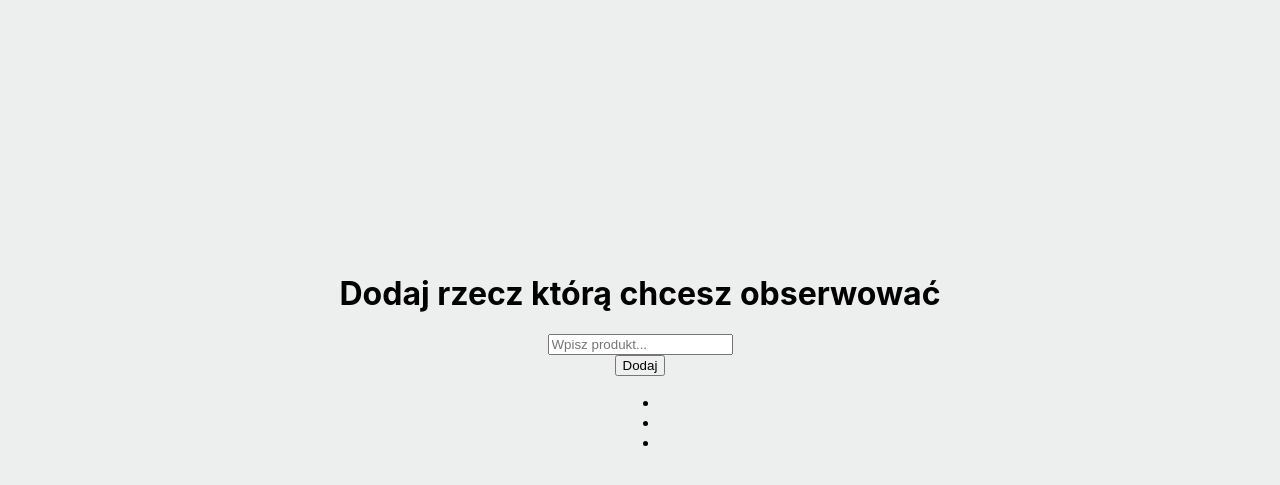
Repository: matedoo/crawler
Page: /MainApp
These files come from the project's save history. The page is drawn as it stood at one moment and after a run of saves; the edit follows.
The browser window is 1280 px wide. The pictures show the whole page.
The project was rebuilt for these pictures with package versions that can differ from the ones it lists, and the page was loaded fresh each time. Requests to the local data server were answered from the project's data file. Also part of the build but not shown: src/Components/button.js, src/Components/LoginComponents/LoginApp.js, src/Components/LoginComponents/RegisterApp.js, src/Components/btnContainer.js, src/Components/heading.js, src/Components/LoginComponents/StartApp.js, src/Components/MainApp/MainAppElement.js.

Above is the page before, as saved 2020-04-26 20:12:55.

### public/index.html
<!DOCTYPE html>
<html lang="en">
  <head>
    <meta charset="utf-8" />
    <link rel="icon" href="%PUBLIC_URL%/favicon.ico" />
    <meta name="viewport" content="width=device-width, initial-scale=1" />
    <meta name="theme-color" content="#000000" />
    <meta
      name="description"
      content="Web site created using create-react-app"
    />
    <link rel="apple-touch-icon" href="%PUBLIC_URL%/logo192.png" />
    <!--
      manifest.json provides metadata used when your web app is installed on a
      user's mobile device or desktop. See https://developers.google.com/web/fundamentals/web-app-manifest/
    -->
    <link rel="manifest" href="%PUBLIC_URL%/manifest.json" />
    <!--
      Notice the use of %PUBLIC_URL% in the tags above.
      It will be replaced with the URL of the `public` folder during the build.
      Only files inside the `public` folder can be referenced from the HTML.

      Unlike "/favicon.ico" or "favicon.ico", "%PUBLIC_URL%/favicon.ico" will
      work correctly both with client-side routing and a non-root public URL.
      Learn how to configure a non-root public URL by running `npm run build`.
    -->
    <title>Racoon</title>
  </head>
  <body>
    <noscript>You need to enable JavaScript to run this app.</noscript>
    <div id="root"></div>

  </body>
</html>

### src/App.js
import React from 'react';
import LoginApp from './Components/LoginComponents/LoginApp'
import RegisterApp from './Components/LoginComponents/RegisterApp'
import StartApp from './Components/LoginComponents/StartApp'
import MainApp from './Components/MainApp/MainApp'
import {BrowserRouter as Router, Switch, Route} from 'react-router-dom'




class App extends React.Component {

  render(){
    return (
      <Router>
        <Switch>
          <Route path='/' exact component={StartApp}></Route>
          <Route path='/LoginApp' component={LoginApp}></Route>
          <Route path='/RegisterApp' component={RegisterApp}></Route>
          <Route path='/MainApp' component={MainApp}></Route>
        </Switch>
      </Router>
    );
  }
}



export default App;

### src/Components/MainApp/MainApp.js
import React, { useState, useEffect } from 'react';
import styled from 'styled-components';
import MainAppElement from './MainAppElement'


//http://localhost:4000/items

function MainApp(props) {
  const [elementsListState, setElementsListState] = useState({ elementsList: [], inputValue: '', error: ''})

  const [fetchedData, setFetchedData] = useState({})
  const [dataError, setDataError] = useState(null)
  const [apiItems, setApiItems] = useState('items')
  const [isLoading, setIsLoading] = useState(true)

  useEffect(() => {
    const myFetch = async () => {
      setIsLoading(true)

      try {
        const response = await fetch(`http://localhost:4000/${apiItems}`)
        const responseParsed = await response.json()
        setIsLoading(false)
        setFetchedData(responseParsed)


        // elementsListState.push(responseParsed)
      } catch(dataError){
        setIsLoading(false)
        setDataError(dataError)
      }

    }
    myFetch()
  }, [apiItems])
  console.log(fetchedData);




  if(isLoading){
    return <p>Loading...</p>
  }
  if(dataError){
    return <p>Error...</p>
  }

  const handleInputChange = (event) => {
    const { value } = event.target
    setElementsListState({
      ...elementsListState,
      inputValue: value
    })

  }
  const handleButtonClick = () => {
    const { elementsList } = elementsListState;

    if(!inputValue) return;

    if(elementsList.some(element => element === inputValue)){
      setElementsListState({
        ...elementsListState,
        error: 'Ten produkt już istnieje',
        inputValue: '',
      })
      return;
    }
    setElementsListState({
      error: '',
      elementsList: [...elementsList, inputValue],
      inputValue: ''
    })
  }

  const handleElementRemove = (elementValue) => {
    setElementsListState({
      ...elementsListState,
      elementsList: elementsList.filter(element => element !== elementValue)
    })
  }
  const { error, elementsList, inputValue} = elementsListState;
    return (
      <LoginAppStyled>
        <h1>Dodaj rzecz którą chcesz obserwować</h1>
        {elementsList.map((element) => (
          <MainAppElement
            key={element}
            element={element}
            handleCloseClick={handleElementRemove}
          />
        ))}
        <input
          name='listelemt'
          placeholder='Wpisz produkt...'
          value={inputValue}
          onChange={handleInputChange}
        />
        <button onClick={handleButtonClick}>Dodaj</button>
        {!!error && <p>{error}</p>}
        <div>
          <ul>
            {
              Object.keys(fetchedData).map(items => <li key={items.id}>{items.title}</li>)
            }
          </ul>
        </div>
      </LoginAppStyled>
    );

}

export default MainApp;



const LoginAppStyled = styled.div`
   background-color: #edeeee;
   margin: 0;
   padding:0;
   height: 100vh;
   width: 100%;
   display: flex;
   align-items: center;
   justify-content: center;
   flex-direction: column;
`

### db.json
{
  "items": [
    {
      "title": "Lagavulin 16",
      "id": 1
    },
    {
      "title": "ardbeg",
      "id": 3
    },
    {
      "title": "qwe",
      "id": 4
    }
  ]
}

Loaded but not shown: src/index.js (common file); src/styles/index.css (common file); src/serviceWorker.js (common file)

After the next 2 saves:
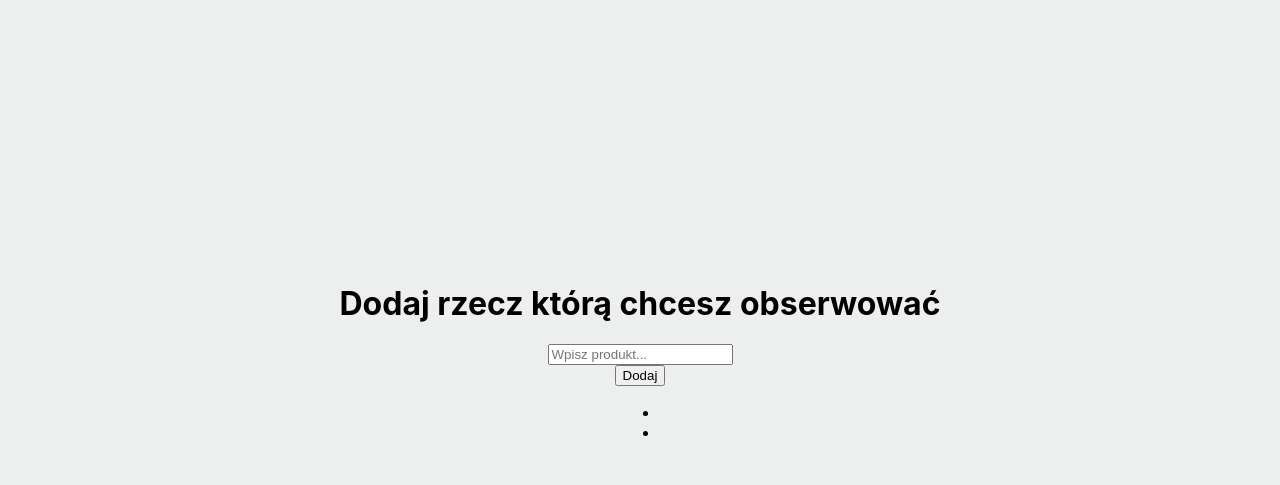
The 2 saves are shown as one change because 1 did not build or start.
The last was saved 115 s later.
--- a/src/Components/MainApp/MainApp.js
+++ b/src/Components/MainApp/MainApp.js
@@ -21,7 +21,7 @@
         const response = await fetch(`http://localhost:4000/${apiItems}`)
         const responseParsed = await response.json()
         setIsLoading(false)
-        setFetchedData(responseParsed)
+        setFetchedData(...responseParsed)
 
 
         // elementsListState.push(responseParsed)

After the save that followed:
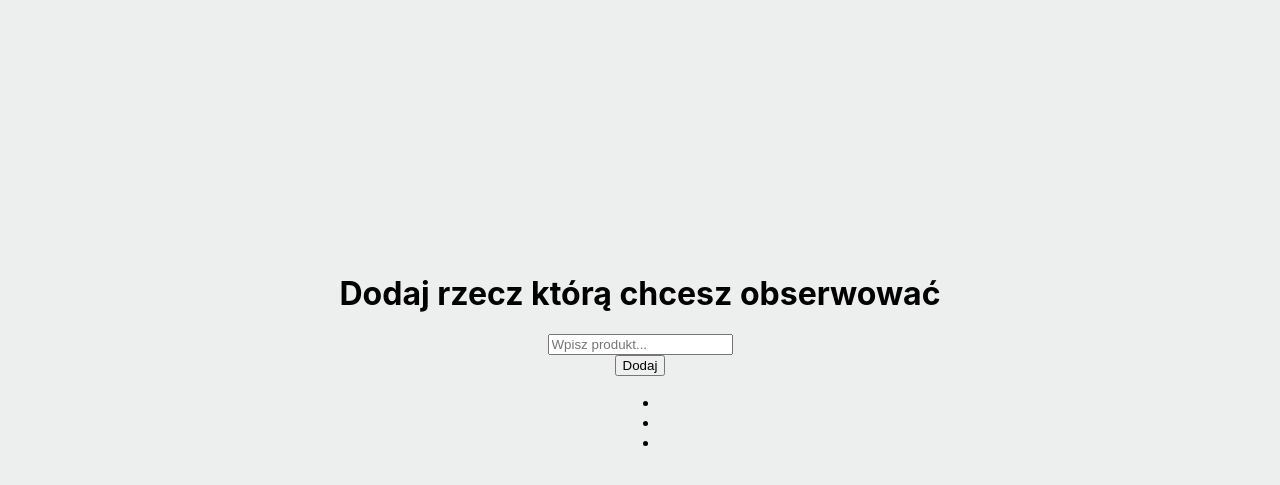
Saved 2 min 11 s later.
--- a/src/Components/MainApp/MainApp.js
+++ b/src/Components/MainApp/MainApp.js
@@ -21,7 +21,7 @@
         const response = await fetch(`http://localhost:4000/${apiItems}`)
         const responseParsed = await response.json()
         setIsLoading(false)
-        setFetchedData(...responseParsed)
+        setFetchedData(responseParsed)
 
 
         // elementsListState.push(responseParsed)
